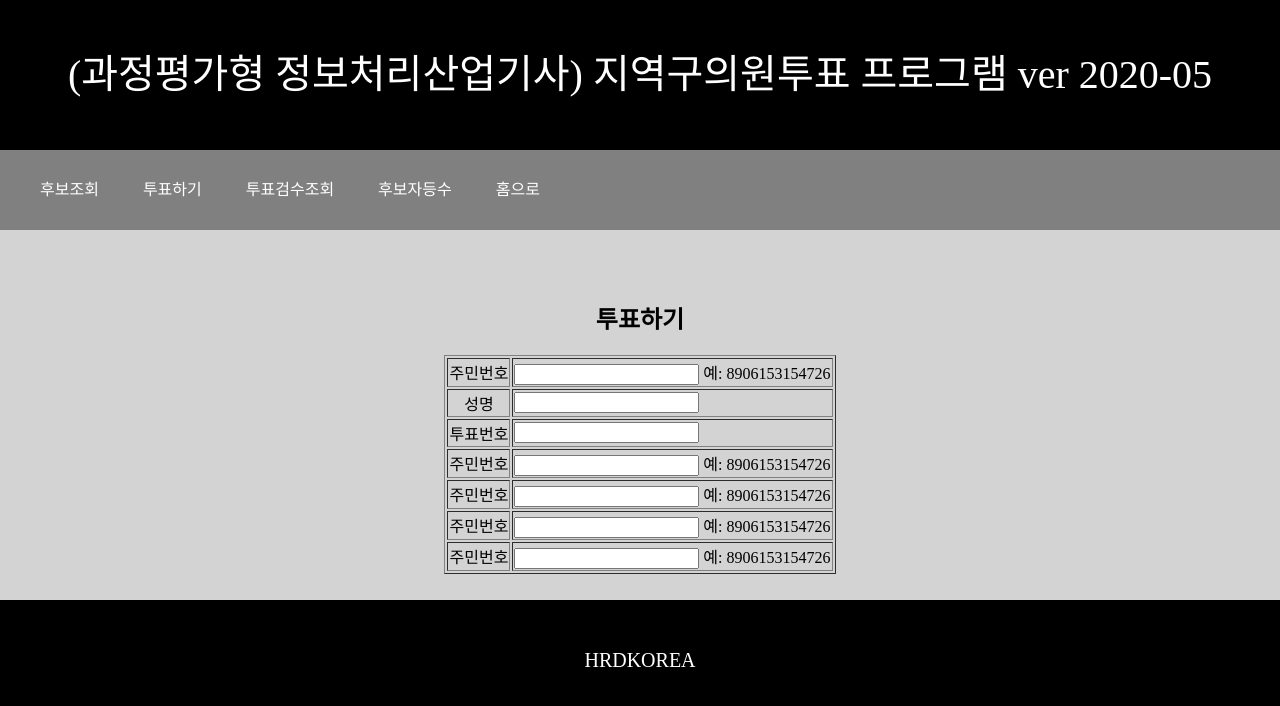
Repository: junhee97/-
Page: http://localhost/HRD_03/vote.jsp
These files come from the project's save history. The page is drawn as it stood at one moment and after the next save; the edit follows.
The browser window is 1280 px wide. The pictures show the whole page.
The page is served by Tomcat 9.

Above is the page before, as saved 2025-08-14 12:40:15.

After the next save:
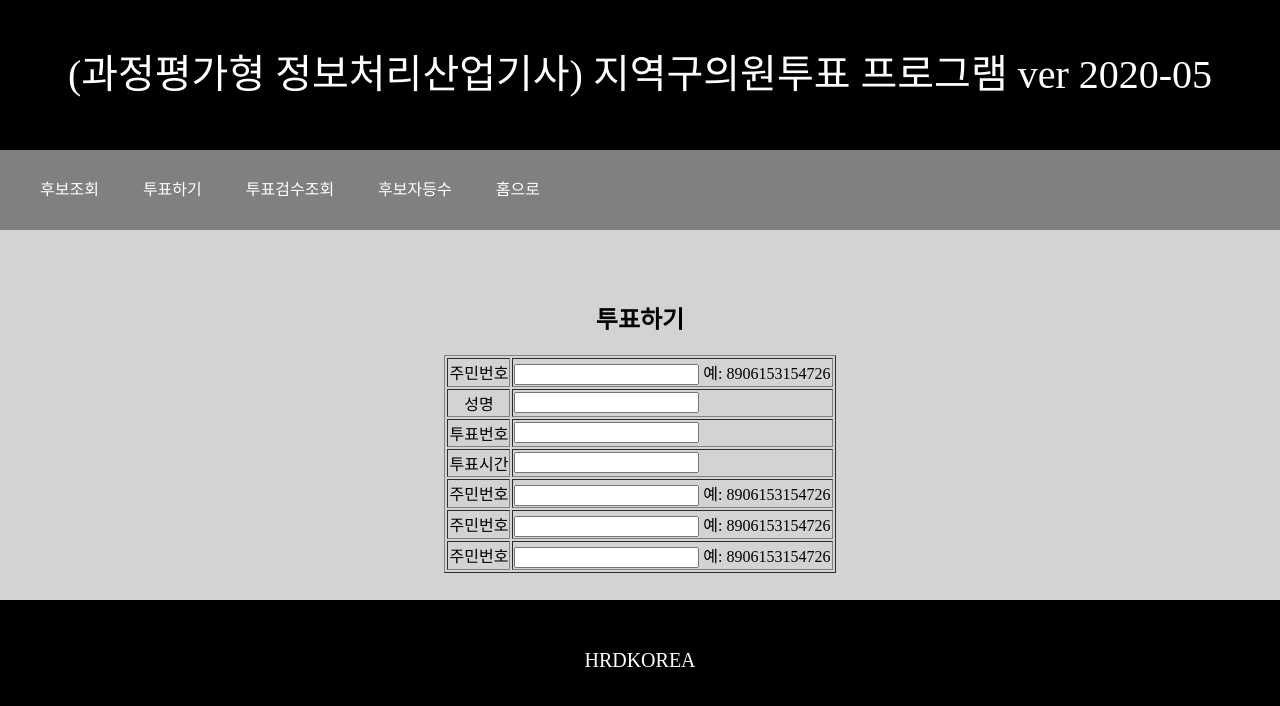
Saved 13 s later.
--- a/HRD_03/WebContent/vote.jsp
+++ b/HRD_03/WebContent/vote.jsp
@@ -34,9 +34,9 @@
 			</td>
 		</tr>
 		<tr>
-			<td style = "text-align: center;">주민번호</td>
+			<td style = "text-align: center;">투표시간</td>
 			<td>
-				<input type = "text"> 예: 8906153154726
+				<input type = "text">
 			</td>
 		</tr>
 		<tr>
